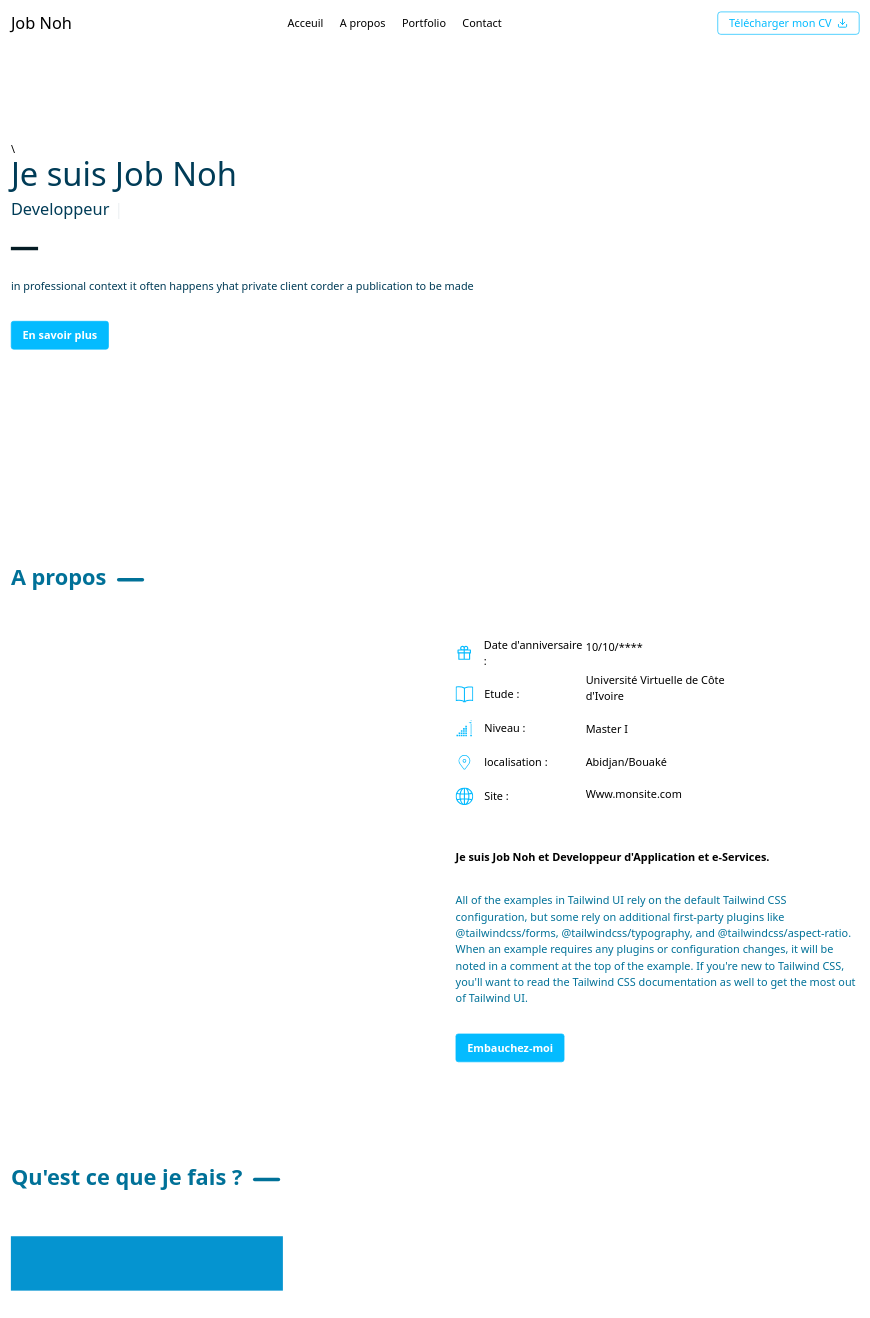
Repository: anoy1010/Nextportfolio
Page: /
These files come from the project's save history. The page is drawn as it stood at one moment and after the next save; the edit follows.
The browser window is 1280 px wide. The pictures show the whole page, at 68% of full size.
Backgrounds fixed to the window are drawn as part of the page. The project was rebuilt for these pictures with package versions that can differ from the ones it lists, and the page was loaded fresh each time. The framework's server and built-in components were replaced by stand-ins that run in the browser. Also part of the build but not shown: next.config.js, styles/Home.module.css.

Above is the page before, as saved 2023-03-06 18:22:24.

After the next save:
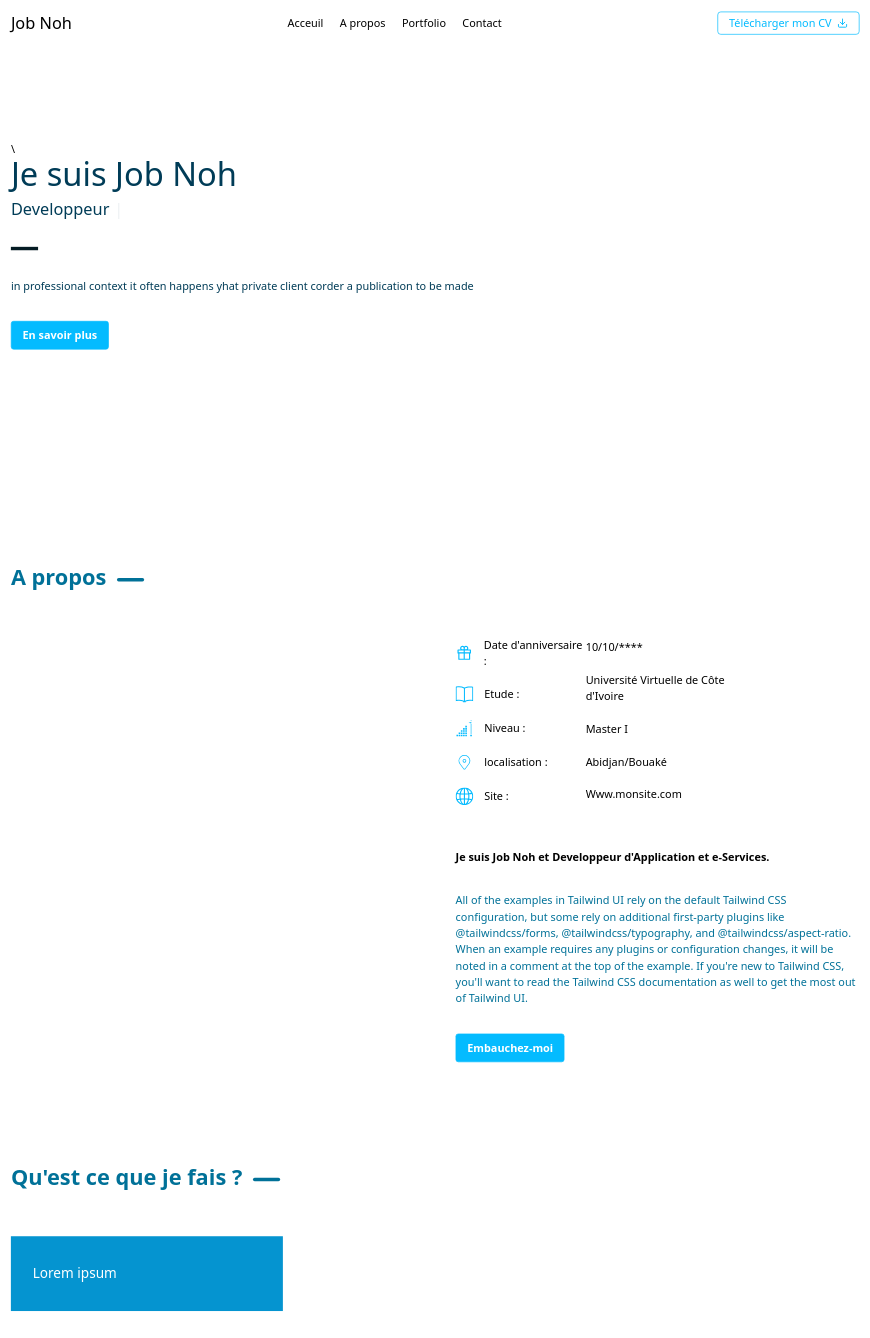
Saved 12 s later.
--- a/components/WhatIDo.js
+++ b/components/WhatIDo.js
@@ -7,7 +7,7 @@ const WhatIDo = () => {
         <Heading title="Qu'est ce que je fais ?"/>
         <div className='grid grid-cols-1  md:grid-cols-3 gap-6'>
             <div className='Shadow-lgf flex flex-col gap-4 px-8 py-10 bg-[#0594d0] text-white'>
-                <h2 className='font-medium text-[20px]'></h2>
+                <h2 className='font-medium text-[20px]'>Lorem ipsum</h2>
 
             </div>
 
